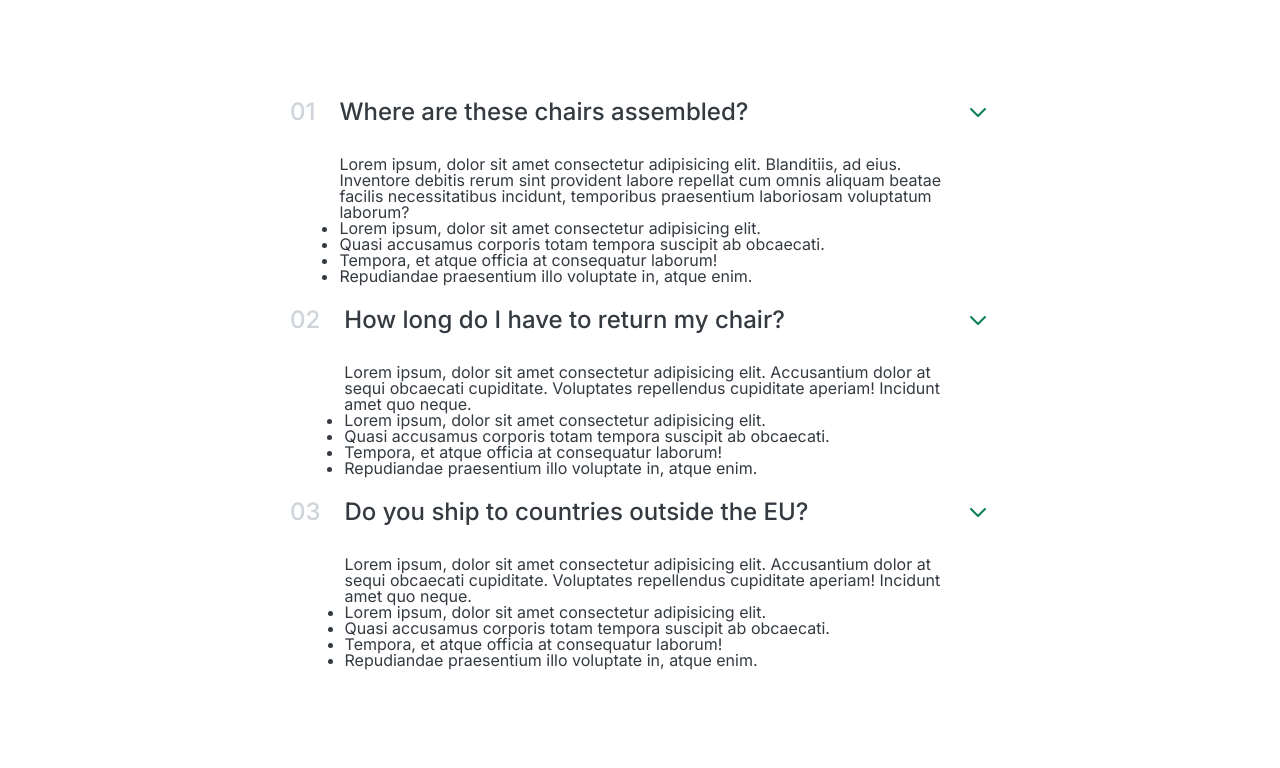
Repository: nghiakma/HTML-CSS-Fundamental
Page: Component_LayoutPatterns/accordion.html
The author's editor kept a copy of each file at every save. The page is drawn from the files as they stood at one save, then again after the next save.
The browser window is 1280 px wide. The pictures show the whole page.

Above is the page before, as saved 2023-08-26 11:09:40.

After the next save:
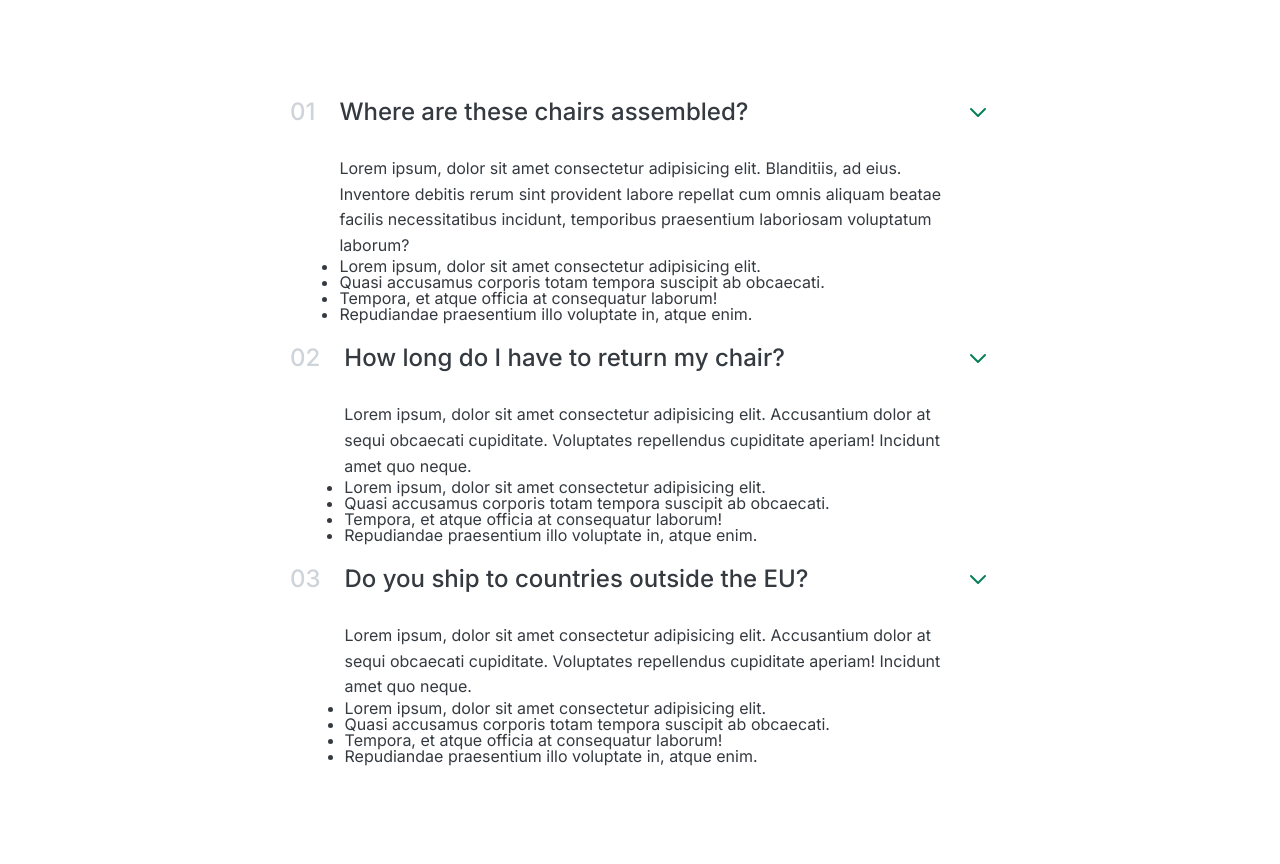
Saved 103 s later.
--- a/Component_LayoutPatterns/accordion.html
+++ b/Component_LayoutPatterns/accordion.html
@@ -63,6 +63,10 @@
 
     .hidden-box {
       grid-column: 2;
+    }
+
+    .hidden-box p {
+      line-height: 1.6;
     }
   </style>
 </head>
